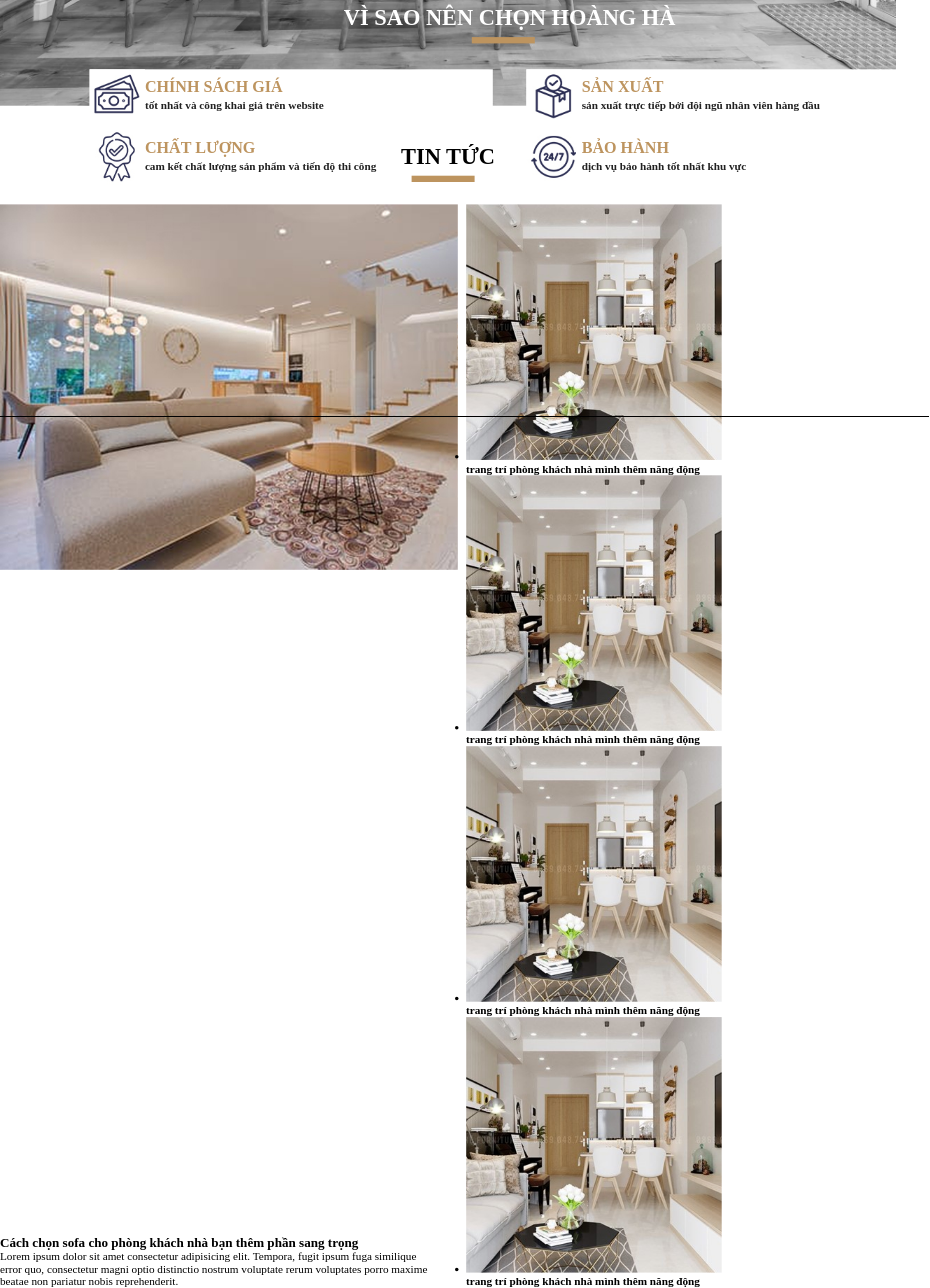
Repository: LDDUNG2003/front_end
Page: index.html
An editor plug-in stored every save of this project. The page is shown before and after the next save, followed by the edit.
The browser window is 1280 px wide. The page is 1328 px wide, so the pictures cover 1328 px, including what lies to the right of the window. The pictures show the part of the page from y = 2310 to 4150 px (the page is 4150 px tall), at 70% of full size.
Some web libraries are served in a nearby version.

Above is the page before, as saved 2023-08-29 14:20:30.

### index.html
<!DOCTYPE html>
<html lang="en">

<head>
    <meta charset="UTF-8">
    <meta name="viewport" content="width=device-width, initial-scale=1.0">
    <title>Document</title>
    <link rel="stylesheet" href="https://cdnjs.cloudflare.com/ajax/libs/font-awesome/6.4.2/css/all.min.css" integrity="sha512-z3gLpd7yknf1YoNbCzqRKc4qyor8gaKU1qmn+CShxbuBusANI9QpRohGBreCFkKxLhei6S9CQXFEbbKuqLg0DA==" crossorigin="anonymous" referrerpolicy="no-referrer"
    />
    <link rel="stylesheet" type="text/css" href="//cdn.jsdelivr.net/npm/slick-carousel@1.8.1/slick/slick.css" />
    <link rel="stylesheet" type="text/css" href="//cdn.jsdelivr.net/npm/slick-carousel@1.8.1/slick/slick-theme.css" />
    <link rel="stylesheet" href="./public/css/base.css">
    <link rel="stylesheet" href="./public/css/home.css">
    <script src="https://kit.fontawesome.com/9ffed7d99e.js" crossorigin="anonymous"></script>
</head>

<>
    <div class="main">
        <div class="header">
            <div class="navBar">
                <img src="./public/img/logo.png" alt="logo" class="logo">
                <ul class="navBar__list">
                    <li class="navBar__list-item"><a href="" class="navBar__list--link">trang chủ</a></li>
                    <li class="navBar__list-item">
                        <a href="" class="navBar__list--link">giới thiệu</a>
                    </li>
                    <li class="navBar__list-item">
                        <a href="" class="navBar__list--link">sản phẩm</a>
                    </li>
                    <li class="navBar__list-item">
                        <a href="" class="navBar__list--link">đối tác</a>
                    </li>
                    <li class="navBar__list-item">
                        <a href="" class="navBar__list--link">tin tức</a>
                    </li>
                    <li class="navBar__list-item">
                        <a href="" class="navBar__list--link">liên hệ</a>
                    </li>
                </ul>
            </div>
        </div>
        <div class="content">
            <div class="content__banner">
                <div class="content--list-image">
                    <img class="content--image" src="./public/img/banner.png" alt="">
                </div>
                <div class="banner--content">
                    <h2 class="banner--content-text-title">THẾ GIỚI NỘI THẤT SỐ 1 VIỆT NAM</h2>
                    <h2 class="banner--content-text-title" style="color: var(--primary-color)">hoàng hoan</h2>
                    <p class="banner--content-text">Sứ mệnh của chúng tôi là kết hợp hài hòa giữa ý tưởng và mong muốn của khách hàng, đem lại những phút giây thư giãn tuyệt vời bên gia đình và những người thân yêu.</p>
                    <button class="banner--button">LIÊN HỆ NGAY</button>
                </div>
            </div>
            <div class="content__focut">
                <ul class="focut--list">
                    <li class="focut--item">
                        <img src="./public/img/product/icon-phong-khach.png" alt="" class="focut--img">
                        <h6 class="focut--text">Phòng khách</h6>
                    </li>
                    <li class="focut--item">
                        <img src="./public/img/product/icon-phong-ngu.png" alt="" class="focut--img">
                        <h6 class="focut--text">Phòng Ngủ</h6>
                    </li>
                    <li class="focut--item">
                        <img src="./public/img/product/icon-phong-bep.png" alt="" class="focut--img">
                        <h6 class="focut--text">Phòng Bếp</h6>
                    </li>
                    <li class="focut--item">
                        <img src="./public/img/product/icon-phong-tam.png" alt="" class="focut--img">
                        <h6 class="focut--text">Phòng Tắm</h6>
                    </li>
                    <li class="focut--item">
                        <img src="./public/img/product/icon-tre-em.png" alt="" class="focut--img">
                        <h6 class="focut--text">Trẻ Em</h6>
                    </li>
                    <li class="focut--item">
                        <img src="./public/img/product/icon-van-phong.png" alt="" class="focut--img">
                        <h6 class="focut--text">Văn Phòng</h6>
                    </li>
                    <li class="focut--item">
                        <img src="./public/img/product/icon-cau-thang.png" alt="" class="focut--img">
                        <h6 class="focut--text">Cầu Thang</h6>
                    </li>
                    <li class="focut--item">
                        <img src="./public/img/product/icon-do-trang-tri.png" alt="" class="focut--img">
                        <h6 class="focut--text">Đồ Trang Trí</h6>
                    </li>
                </ul>
            </div>
            <div class="content__featured">
                <h2 class="content--title">SẢN PHẨM NỔI BẬT</h2>
                <ul class="featured--list" data-slick='{"slidesToShow": 4, "slidesToScroll": 4}'>
                    <li class="featured--item">
                        <img src="./public/img/featured/giuong-ngu.png" alt="" class="featured--img">
                        <div class="featured--content">
                            <h5 class="featured-name">Giường Châu Âu</h5>
                            <ul class="evaluate--list">
                                <li><i class="fa-solid fa-star" style="color: #eff312;"></i></li>
                                <li><i class="fa-solid fa-star" style="color: #eff312;"></i></li>
                                <li><i class="fa-solid fa-star" style="color: #eff312;"></i></li>
                                <li><i class="fa-solid fa-star" style="color: #eff312;"></i></li>
                                <li><i class="fa-solid fa-star" style="color: #eff312;"></i></li>
                            </ul>
                            <i class="note-product">(size vừa , trắng nâu)</i>
                            <p class="price-product">3.999.000 VND</p>
                        </div>
                    </li>
                    <li class="featured--item">
                        <img src="./public/img/featured/giuong-ngu.png" alt="" class="featured--img">
                        <div class="featured--content">
                            <h5 class="featured-name">Giường Châu Âu</h5>
                            <ul class="evaluate--list">
                                <li><i class="fa-solid fa-star" style="color: #eff312;"></i></li>
                                <li><i class="fa-solid fa-star" style="color: #eff312;"></i></li>
                                <li><i class="fa-solid fa-star" style="color: #eff312;"></i></li>
                                <li><i class="fa-solid fa-star" style="color: #eff312;"></i></li>
                                <li><i class="fa-solid fa-star" style="color: #eff312;"></i></li>
                            </ul>
                            <i class="note-product">(size vừa , trắng nâu)</i>
                            <p class="price-product">3.999.000 VND</p>
                        </div>
                    </li>
                    <li class="featured--item">
                        <img src="./public/img/featured/giuong-ngu.png" alt="" class="featured--img">
                        <div class="featured--content">
                            <h5 class="featured-name">Giường Châu Âu</h5>
                            <ul class="evaluate--list">
                                <li><i class="fa-solid fa-star" style="color: #eff312;"></i></li>
                                <li><i class="fa-solid fa-star" style="color: #eff312;"></i></li>
                                <li><i class="fa-solid fa-star" style="color: #eff312;"></i></li>
                                <li><i class="fa-solid fa-star" style="color: #eff312;"></i></li>
                                <li><i class="fa-solid fa-star" style="color: #eff312;"></i></li>
                            </ul>
                            <i class="note-product">(size vừa , trắng nâu)</i>
                            <p class="price-product">3.999.000 VND</p>
                        </div>
                    </li>
                    <li class="featured--item">
                        <img src="./public/img/featured/giuong-ngu.png" alt="" class="featured--img">
                        <div class="featured--content">
                            <h5 class="featured-name">Giường Châu Âu</h5>
                            <ul class="evaluate--list">
                                <li><i class="fa-solid fa-star" style="color: #eff312;"></i></li>
                                <li><i class="fa-solid fa-star" style="color: #eff312;"></i></li>
                                <li><i class="fa-solid fa-star" style="color: #eff312;"></i></li>
                                <li><i class="fa-solid fa-star" style="color: #eff312;"></i></li>
                                <li><i class="fa-solid fa-star" style="color: #eff312;"></i></li>
                            </ul>
                            <i class="note-product">(size vừa , trắng nâu)</i>
                            <p class="price-product">3.999.000 VND</p>
                        </div>
                    </li>
                    <li class="featured--item">
                        <img src="./public/img/featured/giuong-ngu.png" alt="" class="featured--img">
                        <div class="featured--content">
                            <h5 class="featured-name">Giường Châu Âu</h5>
                            <ul class="evaluate--list">
                                <li><i class="fa-solid fa-star" style="color: #eff312;"></i></li>
                                <li><i class="fa-solid fa-star" style="color: #eff312;"></i></li>
                                <li><i class="fa-solid fa-star" style="color: #eff312;"></i></li>
                                <li><i class="fa-solid fa-star" style="color: #eff312;"></i></li>
                                <li><i class="fa-solid fa-star" style="color: #eff312;"></i></li>
                            </ul>
                            <i class="note-product">(size vừa , trắng nâu)</i>
                            <p class="price-product">3.999.000 VND</p>
                        </div>
                    </li>
                </ul>
            </div>
            <div class="about__us">
                <div class="about--background">
                    <img src="./public/img/about/bg-about-us.jpg" alt="">
                </div>
                <div class="about__us-bag">
                    <div class="about-bag">
                        <div class="about__content ">
                            <h2 class="content--title ">Về Chúng Tôi</h2>
                            <div class="about--block ">
                                <div class="about--content ">
                                    <img src="./public/img/about/ve-chung-toi.jpg" alt=" ">
                                </div>
                                <div class="about--content ">
                                    <h4 class="about--content--title">Nội Thất <span style="color:var(--primary-color);">Hoàng Hoan</span>
                                        <br> Uy Tín Song Hành Chất Lượng
                                    </h4>
                                    <div class="about--text--list">
                                        <p class="about--text">Nội thất Hoàng Hoan chúng tôi tự hào là đứa con tinh thần ra đời sau hơn 30 năm hoạt động trong lĩnh vực kinh doanh đồ gỗ nội thất với thương hiệu ĐỒ GỖ HOÀNG HOAN nổi tiếng.</p>
                                        <p class="about--text">Tài nguyên của chúng tôi là đội ngũ kiến trúc sư tốt nghiệp ĐH Kiến Trúc Hà Nội với nhiều năm kinh nghiệm, luôn tràn đầy nhiệt huyết và sức sáng tạo của tuổi trẻ. Thế mạnh của chúng tôi là sở hữu xưởng nội thất
                                            hơn 10.000m2 tại Hà Nội sản xuất đa dạng các sản phẩm với giá cả luôn cạnh tranh.</p>
                                    </div>
                                    <ul class="about--list">
                                        <li class="about--item">
                                            <img src="./public/img/about/ve-chung-toi-1.jpg" alt="" class="about--img">
                                        </li>
                                        <li class="about--item">
                                            <img src="./public/img/about/ve-chung-toi-2.jpg" alt="" class="about--img">
                                        </li>
                                        <li class="about--item">
                                            <img src="./public/img/about/ve-chung-toi-3.jpg" alt="" class="about--img">
                                        </li>
                                        <li class="about--item">
                                            <img src="./public/img/about/ve-chung-toi-4.jpg" alt="" class="about--img">
                                        </li>
                                    </ul>
                                </div>
                            </div>
                        </div>
                        <div class="about__content ">
                            <h2 class="content--title ">Vì Sao Nên Chọn Hoàng Hà</h2>
                            <div class="choose__choose">
                                <ul class="choose--list">
                                    <li class="choose--item">
                                        <img src="./public/img/about/chinh-sach.jpg" alt="" class="choose-image">
                                        <div class="choose-contain">
                                            <h6 class="choose--content-title">Chính Sách Giá</h6>
                                            <p class="choose--text">tốt nhất và công khai giá trên website</p>
                                        </div>
                                    </li>
                                    <li class="choose--item">
                                        <img src="./public/img/about/san-pham.jpg" alt="" class="choose-image">
                                        <div class="choose-contain">
                                            <h6 class="choose--content-title">sản xuất</h6>
                                            <p class="choose--text">sản xuất trực tiếp bởi đội ngũ nhân viên hàng đầu</p>
                                        </div>
                                    </li>
                                    <li class="choose--item">
                                        <img src="./public/img/about/chat-luong.jpg" alt="" class="choose-image">
                                        <div class="choose-contain">
                                            <h6 class="choose--content-title">chất lượng</h6>
                                            <p class="choose--text">cam kết chất lượng sản phẩm và tiến độ thi công</p>
                                        </div>
                                    </li>
                                    <li class="choose--item">
                                        <img src="./public/img/about/bao-hanh.jpg " alt="" class="choose-image">
                                        <div class="choose-contain">
                                            <h6 class="choose--content-title">bảo hành</h6>
                                            <p class="choose--text">dịch vụ bảo hành tốt nhất khu vực</p>
                                        </div>
                                    </li>
                                </ul>
                            </div>
                        </div>
                    </div>
                </div>
            </div>
            <div class="news">
                <h2 class="content--title">tin tức</h2>
                <div class="news--contain">
                    <div class="news--contain--item">
                        <img src="./public/img/news/tintuc-1.jpg" alt="">
                        <div class="news-contain-impotant">
                            <h3 class="news--impotant-heading">Cách chọn sofa cho phòng khách nhà bạn thêm phần sang trọng</h3>
                            <p class="news--impotant">Lorem ipsum dolor sit amet consectetur adipisicing elit. Tempora, fugit ipsum fuga similique error quo, consectetur magni optio distinctio nostrum voluptate rerum voluptates porro maxime beatae non pariatur nobis reprehenderit.</p>
                        </div>
                    </div>
                    <div class="news--contain--item">
                        <ul class="news--list">
                            <li class="news--list-item">
                                <img src="./public/img/news/tintuc-1.png" alt="">
                                <div class="news--item-contain">
                                    <h4 class="new--itemheading">trang trí phòng khách nhà mình thêm năng động</h4>
                                    <p class="news--item-contain"></p>
                                </div>
                            </li>
                            <li class="news--list-item">
                                <img src="./public/img/news/tintuc-1.png" alt="">
                                <div class="news--item-contain">
                                    <h4 class="new--itemheading">trang trí phòng khách nhà mình thêm năng động</h4>
                                    <p class="news--item-contain"></p>
                                </div>
                            </li>
                            <li class="news--list-item">
                                <img src="./public/img/news/tintuc-1.png" alt="">
                                <div class="news--item-contain">
                                    <h4 class="new--itemheading">trang trí phòng khách nhà mình thêm năng động</h4>
                                    <p class="news--item-contain"></p>
                                </div>
                            </li>
                            <li class="news--list-item">
                                <img src="./public/img/news/tintuc-1.png" alt="">
                                <div class="news--item-contain">
                                    <h4 class="new--itemheading">trang trí phòng khách nhà mình thêm năng động</h4>
                                    <p class="news--item-contain"></p>
                                </div>
                            </li>
                        </ul>
                    </div>
                </div>
            </div>
        </div>
        <div class="footer "></div>
    </div>
    <script type="text/javascript " src="//code.jquery.com/jquery-1.11.0.min.js "></script>
    <script type="text/javascript " src="//code.jquery.com/jquery-migrate-1.2.1.min.js "></script>
    <script type="text/javascript " src="//cdn.jsdelivr.net/npm/slick-carousel@1.8.1/slick/slick.min.js "></script>
    <script>
        $(document).ready(function() {
            $('.featured--list').slick();
        });
    </script>
    </body>

</html>

### public/css/home.css
.content {
    width: 100%;
    max-width: 1500px;
    margin: auto;
}

.content__banner {
    width: 100%;
    position: relative;
}

.content--list-image {
    width: 100%;
    max-width: 1500px;
    margin: auto;
}

.content--image {
    width: 100%;
}

.banner--content {
    position: absolute;
    top: 10%;
    left: 15%;
}

.banner--content-text-title {
    text-transform: uppercase;
    font-family: 800;
    font-family: "gotham-utral";
    font-size: 25px;
}

.banner--content-text {
    font-size: 18px;
    color: var(--text-color);
    width: 420px;
}

.banner--button {
    padding: 20px;
    color: aliceblue;
    background-color: var(--primary-color);
    border: none;
    font-family: "gotham-utral";
    font-size: 18px;
    cursor: pointer;
}

.content__focut {
    position: relative;
    background-color: #ffffff;
    top: -60px;
    max-width: 1200px;
    width: 100%;
    margin: auto;
}

.focut--list {
    margin: auto;
    display: flex;
    width: 100%;
    list-style: none;
    flex-wrap: wrap;
}

.focut--item {
    width: 25%;
    text-align: center;
}

.focut--img {
    width: 100%;
}

.focut--text {
    text-align: center;
    font-size: 23px;
}

.content--title {
    font-size: 32px;
    padding: 50px 0px;
    text-align: center;
    position: relative;
    text-transform: uppercase;
}

.content--title::before {
    content: '';
    background-color: var(--primary-color);
    width: 90px;
    height: 9px;
    position: absolute;
    top: 70%;
    right: 47%;
}

.content__featured {
    width: 100%;
    max-width: 1200px;
    margin: auto;
    padding-bottom: 30px;
}

.featured--list {
    width: 100%;
    list-style: none;
    display: flex;
    text-align: center;
}

.featured--item {}

.featured--img {
    width: 80%;
}

.about__us {
    width: 100%;
    max-width: 1500px;
    margin: auto;
    position: relative;
}

.about--background {
    width: 100%;
}

.about--background img {
    width: 100%;
    filter: grayscale(100%) contrast(100%);
    ;
}

.about__us-bag {
    position: absolute;
    top: 0px;
    width: 100%;
    max-width: 1200px;
    left: 10%;
    color: #ffffff;
}

.about__content {
    width: 100%;
}

.about--block {
    display: flex;
    justify-content: space-between;
}

.about--content {
    width: 47%;
}

.about--content--title {
    font-size: 23px;
}

.about--text--list {
    font-size: 16px;
    padding: 10px 0px;
}

.about--text {
    padding: 10px 0px;
}

.about--list {
    list-style: none;
    display: flex;
}

.about--item {}

.about--img {}

.choose__choose {
    width: 100%;
}

.choose--list {
    list-style: none;
    display: flex;
    flex-wrap: wrap;
    justify-content: space-between;
}

.choose--item {
    align-items: center;
    margin: 5px 0px;
    width: 48%;
    display: flex;
    background-color: #ffffff;
}

.choose--content-title {
    color: var(--primary-color);
    font-size: 23px;
    text-transform: uppercase;
    font-weight: 800;
}

.choose--text {
    font-weight: 700;
    font-size: 16px;
    padding: 5px 0px;
    color: var(--text-color);
}

.news {}

.content--title {}

.news--contain {
    display: flex;
    width: 100%;
    justify-content: space-between;
}

.news--contain--item {
    width: 48%;
    position: relative;
}

.news-contain-impotant {
    position: absolute;
    bottom: 0px;
}

.news--impotant-heading {}

.news--impotant {}

.news--list {}

.news--list-item {}

.news--item-contain {}

.new--itemheading {}

Loaded but not shown: public/css/base.css (92 lines, source omitted)

After the next save:
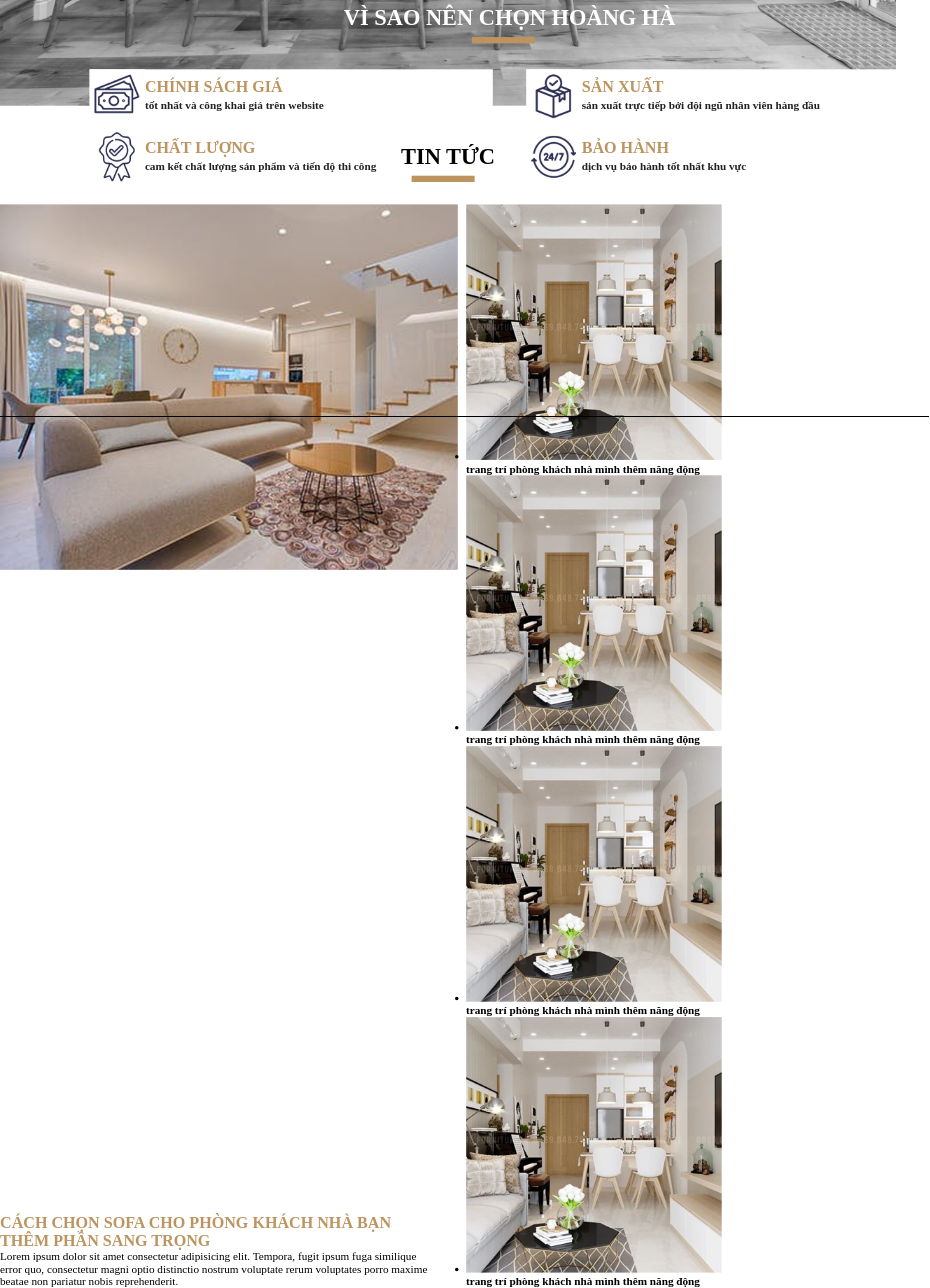
Saved 39 s later.
--- a/public/css/home.css
+++ b/public/css/home.css
@@ -231,7 +231,11 @@
     bottom: 0px;
 }
 
-.news--impotant-heading {}
+.news--impotant-heading {
+    font-size: 23px;
+    text-transform: uppercase;
+    color: var(--primary-color);
+}
 
 .news--impotant {}
 
